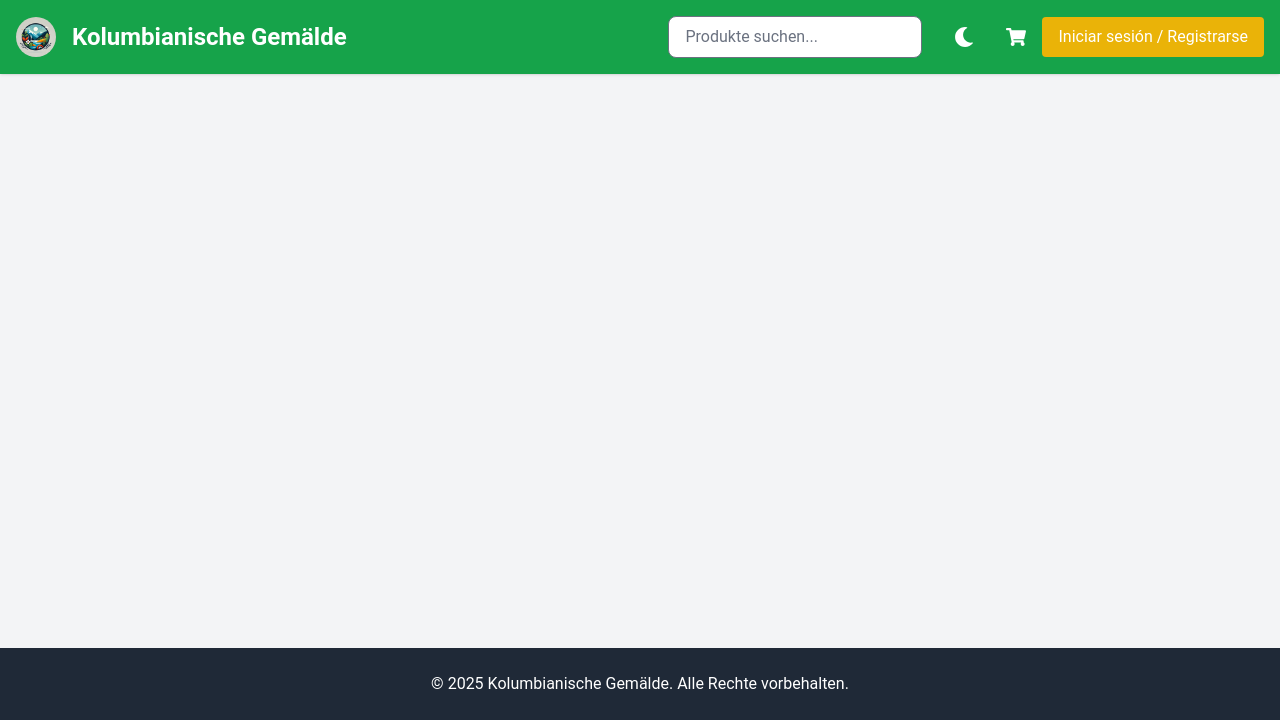
Repository: alixchaparrov/bilder-shop
Page: /
The author's editor kept a copy of each file at every save. The page is drawn from the files as they stood at one save, then again after the next save.
The browser window is 1280 px wide. The pictures show the whole page.
The page's requests for data from a server got no answer. The project was rebuilt for these pictures with package versions that can differ from the ones it lists, and the page was loaded fresh each time. The framework's server and built-in components were replaced by stand-ins that run in the browser. No one was signed in, and anything a server would have sent is missing. Also part of the build but not shown: next.config.ts, src/app/components/ProductCard.tsx, src/app/components/AuthModalContent.tsx.

Above is the page before, as saved 2025-01-04 13:29:51.

### src/app/layout.tsx
"use client";

import "./globals.css";
import { AuthProvider } from "../context/AuthContext";

export default function RootLayout({
  children,
}: {
  children: React.ReactNode;
}) {
  return (
    <html lang="de">
      <head>
        <title>Kolumbianische Gemälde</title>
        <meta
          name="description"
          content="Galerie von kolumbianischen Landschaftsgemälden. Entdecken Sie die Schönheit Kolumbiens durch unsere einzigartigen Kunstwerke."
        />
        <meta
          name="keywords"
          content="Kolumbianische Kunst, Landschaftsgemälde, Gemälde kaufen"
        />
        <link rel="icon" href="/favicon.ico" />
      </head>
      <body>
        <AuthProvider>
          {children}
        </AuthProvider>
      </body>
    </html>
  );
}

### src/app/page.tsx
"use client";

import { useState, useEffect } from "react";
import client from "@/lib/sanity";
import ProductCard from "@/app/components/ProductCard";
import Navbar from "@/app/components/Navbar"; // Si usas un Navbar unificado
import { useCartStore } from "@/store/cartStore";
import { FaMinus, FaPlus, FaTrash, FaShoppingCart, FaMoon, FaSun } from "react-icons/fa";

export default function Home() {
  const [searchQuery, setSearchQuery] = useState(""); // Estado para la búsqueda
  const [darkMode, setDarkMode] = useState(false); // Estado para modo oscuro
  const [products, setProducts] = useState([]); // Estado para los productos
  const { cart, addToCart, removeFromCart, clearCart, removeOneFromCart } = useCartStore();
  const [showCart, setShowCart] = useState(false); // Estado para mostrar el carrito
  const [currentPage, setCurrentPage] = useState(1); // Estado para la paginación
  const itemsPerPage = 6; // Número de productos por página

  // Fetch de productos al montar el componente
  useEffect(() => {
    const fetchProducts = async () => {
      try {
        const fetchedProducts = await client.fetch(`*[_type == "product"]`);
        setProducts(fetchedProducts);
      } catch (err) {
        console.error("Error al cargar productos:", err);
      }
    };

    fetchProducts(); // Llama a la función fetchProducts
  }, []); // Array vacío para que solo se ejecute al montar el componente

  // Lógica para filtrar los productos según la búsqueda
  const filteredProducts = products.filter((product) =>
    product.name.toLowerCase().includes(searchQuery.toLowerCase())
  );

  // Total de páginas
  const totalPages = Math.ceil(filteredProducts.length / itemsPerPage);

  // Productos mostrados en la página actual
  const displayedProducts = filteredProducts.slice(
    (currentPage - 1) * itemsPerPage,
    currentPage * itemsPerPage
  );

  return (
    <div
      className={`min-h-screen flex flex-col ${
        darkMode ? "bg-gray-900 text-white" : "bg-gray-100 text-black"
      }`}
    >
      {/* Navbar */}
      <Navbar
        searchQuery={searchQuery}
        setSearchQuery={setSearchQuery}
        toggleDarkMode={() => setDarkMode(!darkMode)}
        darkMode={darkMode}
      />

      {/* Contenido principal */}
      <main className="flex-grow pt-24 p-4 sm:p-8 max-w-7xl mx-auto">
        <h2 className="text-2xl sm:text-3xl lg:text-4xl font-semibold text-center mb-6">
          Unsere Gemälde
        </h2>
        <div className="grid grid-cols-1 sm:grid-cols-2 lg:grid-cols-3 gap-6">
          {products.map((product) => (
            <ProductCard key={product._id} product={product} />
          ))}
        </div>
      </main>

      {/* Footer */}
      <footer className="bg-gray-800 text-white p-6 text-center">
        <p>© {new Date().getFullYear()} Kolumbianische Gemälde. Alle Rechte vorbehalten.</p>
      </footer>
    </div>
  );
}

### src/app/globals.css
@tailwind base;
@tailwind components;
@tailwind utilities;

/* Color Variables */
:root {
  --background: #f5f5f5;
  --foreground: #333333;
  --primary: #00704A;
  --secondary: #FFB400;
  --accent: #D62828;
}

.dark {
  --background: #121212;
  --foreground: #e0e0e0;
  --primary: #34D399;
  --secondary: #FACC15;
  --accent: #EF4444;
}

/* General Styles */
body {
  background-color: var(--background);
  color: var(--foreground);
  font-family: 'Roboto', sans-serif;
}

/* Navbar */
.navbar {
  @apply fixed top-0 left-0 right-0 z-50 flex justify-between items-center p-4;
  background-color: var(--primary);
  color: white;
}

.navbar input {
  @apply px-4 py-2 rounded-md border;
  border-color: var(--secondary);
  color: var(--foreground);
}

/* Cards */
.card {
  @apply bg-white dark:bg-gray-800 text-black dark:text-white shadow-lg rounded-lg p-6 transition-all;
}

.card:hover {
  @apply transform scale-105 shadow-xl;
}

.card-title {
  @apply text-xl font-bold;
}

.card-description {
  @apply text-sm text-gray-600 dark:text-gray-400;
}

.card-price {
  @apply text-lg font-bold text-primary;
}

/* Buttons */
.btn-primary {
  @apply bg-primary text-white px-4 py-2 rounded-md shadow;
  transition: background-color 0.3s;
}

.btn-primary:hover {
  @apply bg-green-700;
}

.btn-secondary {
  @apply bg-secondary text-black px-4 py-2 rounded-md shadow;
}

.btn-secondary:hover {
  @apply bg-yellow-600;
}

.btn-gray {
  @apply bg-gray-300 text-black px-4 py-2 rounded-md;
}

.btn-gray:disabled {
  @apply bg-gray-200 text-gray-400 cursor-not-allowed;
}

/* Cart Button */
.cart-button {
  @apply relative;
}

.cart-counter {
  @apply absolute -top-2 -right-2 bg-red-500 text-white text-xs font-bold rounded-full w-5 h-5 flex items-center justify-center;
}

/* Modal */
.modal-content {
  @apply bg-white dark:bg-gray-900 p-6 rounded-lg shadow-lg;
}

/* Footer */
footer {
  @apply bg-gray-800 text-white text-center py-4;
}

/* Utilities */
.line-clamp-3 {
  display: -webkit-box;
  -webkit-line-clamp: 3;
  -webkit-box-orient: vertical;
  overflow: hidden;
}

### src/context/AuthContext.tsx
import { createContext, useContext, useState, useEffect } from "react";
import client from "@/lib/sanity";
import bcrypt from "bcryptjs";

interface User {
  email: string;
  role: string;
}

interface AuthContextType {
  user: User | null;
  login: (email: string, password: string) => Promise<void>;
  register: (email: string, password: string) => Promise<void>;
  logout: () => void;
}

const AuthContext = createContext<AuthContextType | null>(null);

export const AuthProvider = ({ children }) => {
  const [user, setUser] = useState(null);

  const login = async (email: string, password: string) => {
    const query = `*[_type == "user" && email == $email][0]`;
    const result = await client.fetch(query, { email });

    if (!result || !(await bcrypt.compare(password, result.password))) {
      throw new Error("Password ist falsch");
    }

    setUser({ email: result.email, role: result.role });
  };

  const register = async (email: string, password: string) => {
    const hashedPassword = await bcrypt.hash(password, 10);
    await client.create({
      _type: "user",
      email,
      password: hashedPassword,
      role: "user",
    });
  };

  const logout = () => setUser(null);

  return (
    <AuthContext.Provider value={{ user, login, register, logout }}>
      {children}
    </AuthContext.Provider>
  );
};

export const useAuth = () => {
  const context = useContext(AuthContext);
  if (!context) {
    throw new Error("useAuth must be used within an AuthProvider");
  }
  return context;
};

### src/lib/sanity.ts
import { createClient } from "@sanity/client";
import imageUrlBuilder from "@sanity/image-url";

const client = createClient({
  projectId: "mo3mvugi", // Reemplaza con tu Project ID
  dataset: "production",
  apiVersion: "2023-01-01",
  useCdn: true,
});


// Initialize URL builder
const builder = imageUrlBuilder(client);

// Helper function to build image URLs
export const urlFor = (source: any) => builder.image(source);

export default client;

### src/app/components/Navbar.tsx
"use client";

import { useAuth } from "../../context/AuthContext"; // Contexto de autenticación
import { useCartStore } from "@/store/cartStore"; // Contexto del carrito
import { useState, useEffect } from "react";
import AuthModalContent from "@/app/components/AuthModalContent";
import { FaShoppingCart, FaMoon, FaSun } from "react-icons/fa";

const Navbar = ({ searchQuery, setSearchQuery, toggleDarkMode, darkMode }) => {
  const { user, logout } = useAuth(); // Usuario autenticado
  const { cart } = useCartStore(); // Estado del carrito
  const [isModalOpen, setIsModalOpen] = useState(false); // Modal de autenticación
  const [isCartOpen, setIsCartOpen] = useState(false); // Modal del carrito
  const [isClient, setIsClient] = useState(false); // Renderizado en cliente

  // Renderizado en cliente
  useEffect(() => {
    setIsClient(true);
  }, []);

  if (!isClient) return null; // Evitar renderizado en el servidor

  return (
    <>
      <nav className="p-4 fixed top-0 w-full shadow bg-green-600 text-white z-10">
        <div className="max-w-7xl mx-auto flex justify-between items-center">
          {/* Logo y título */}
          <div className="flex items-center space-x-4">
            <img
              src="/images/logo.png"
              alt="Kolumbianische Gemälde Logo"
              className="h-10 w-10 rounded-full"
            />
            <h1 className="text-2xl font-bold">Kolumbianische Gemälde</h1>
          </div>

          {/* Opciones de búsqueda, modo oscuro y carrito */}
          <div className="flex items-center space-x-4">
            {/* Búsqueda */}
            <input
              type="text"
              placeholder="Produkte suchen..."
              className="px-4 py-2 rounded-lg text-black"
              value={searchQuery}
              onChange={(e) => setSearchQuery(e.target.value)}
            />

            {/* Modo oscuro */}
            <button
              className="px-4 py-2 rounded-lg"
              onClick={toggleDarkMode}
            >
              {darkMode ? <FaSun size={20} /> : <FaMoon size={20} />}
            </button>

            {/* Carrito */}
            <button
              className="cart-button flex items-center space-x-2 text-white"
              onClick={() => setIsCartOpen(true)}
            >
              <FaShoppingCart size={20} />
              {cart.length > 0 && (
                <span className="cart-counter">
                  {cart.reduce((total, item) => total + item.quantity, 0)}
                </span>
              )}
            </button>

            {/* Autenticación */}
            {user ? (
              <>
                <span>
                  Bienvenido, <strong>{user.email}</strong>
                </span>
                <button
                  onClick={logout}
                  className="bg-red-500 hover:bg-red-600 text-white px-4 py-2 rounded"
                >
                  Cerrar sesión
                </button>
              </>
            ) : (
              <button
                onClick={() => setIsModalOpen(true)}
                className="bg-yellow-500 hover:bg-yellow-600 text-white px-4 py-2 rounded"
              >
                Iniciar sesión / Registrarse
              </button>
            )}
          </div>
        </div>
      </nav>

      {/* Modal de autenticación */}
      {isModalOpen && (
        <div className="fixed inset-0 flex items-center justify-center bg-black bg-opacity-50 z-50">
          <div className="bg-white p-6 rounded-lg shadow-lg w-full max-w-md relative">
            <button
              onClick={() => setIsModalOpen(false)}
              className="absolute top-2 right-2 text-gray-600 hover:text-gray-900"
            >
              ✖
            </button>
            <AuthModalContent onClose={() => setIsModalOpen(false)} />
          </div>
        </div>
      )}

      {/* Modal del carrito */}
      {isCartOpen && (
        <div className="modal-overlay" onClick={() => setIsCartOpen(false)}>
          <div
            className="modal-content"
            onClick={(e) => e.stopPropagation()}
          >
            <h2 className="modal-header">Warenkorb</h2>
            {cart.length > 0 ? (
              <ul>
                {cart.map((item) => (
                  <li key={item._id} className="flex justify-between items-center">
                    <span>
                      {item.name} (x{item.quantity}) - {item.price * item.quantity} €
                    </span>
                  </li>
                ))}
              </ul>
            ) : (
              <p>Ihr Warenkorb ist leer</p>
            )}
            <button
              className="modal-close"
              onClick={() => setIsCartOpen(false)}
            >
              Schließen
            </button>
          </div>
        </div>
      )}
    </>
  );
};

export default Navbar;

### src/store/cartStore.ts
import { create } from "zustand";

interface CartItem {
  _id: string;
  name: string;
  price: number;
  quantity: number;
}

interface CartState {
  cart: CartItem[];
  addToCart: (product: CartItem) => void;
  removeFromCart: (productId: string) => void;
  updateQuantity: (productId: string, quantity: number) => void;
  clearCart: () => void;
  getTotalItems: () => number;
  getTotalPrice: () => number;
}

export const useCartStore = create<CartState>((set, get) => ({
  cart: [],

  addToCart: (product) => {
    set((state) => {
      const existingItem = state.cart.find((item) => item._id === product._id);
      if (existingItem) {
        return {
          cart: state.cart.map((item) =>
            item._id === product._id
              ? { ...item, quantity: item.quantity + 1 }
              : item
          ),
        };
      }
      return { cart: [...state.cart, { ...product, quantity: 1 }] };
    });
  },

  removeFromCart: (productId) => {
    set((state) => ({
      cart: state.cart.filter((item) => item._id !== productId),
    }));
  },

  updateQuantity: (productId, quantity) => {
    set((state) => ({
      cart: state.cart.map((item) =>
        item._id === productId ? { ...item, quantity } : item
      ),
    }));
  },

  clearCart: () => {
    set({ cart: [] });
  },

  getTotalItems: () => {
    return get().cart.reduce((total, item) => total + item.quantity, 0);
  },

  getTotalPrice: () => {
    return get().cart.reduce((total, item) => total + item.price * item.quantity, 0);
  },
}));

### tailwind.config.ts
import type { Config } from "tailwindcss";

const config: Config = {
  content: [
    "./src/**/*.{js,ts,jsx,tsx}",
    "./src/pages/**/*.{js,ts,jsx,tsx}",
    "./src/components/**/*.{js,ts,jsx,tsx}",
    "./src/app/**/*.{js,ts,jsx,tsx}",
  ],
  theme: {
    extend: {
      colors: {
        primary: "#00704A",
        secondary: "#FFB400",
        accent: "#D62828",
        background: "#F3F4F6",
        card: "#FFFFFF",
        textDark: "#1B1B1B",
        textLight: "#FAFAFA",
      },
      fontFamily: {
        sans: ["Poppins", "sans-serif"],
        serif: ["Merriweather", "serif"],
      },
      boxShadow: {
        card: "0 4px 6px rgba(0, 0, 0, 0.1)",
      },
    },
  },
  darkMode: "class",
  plugins: [require("@tailwindcss/forms")],
};

export default config;

After the next save:
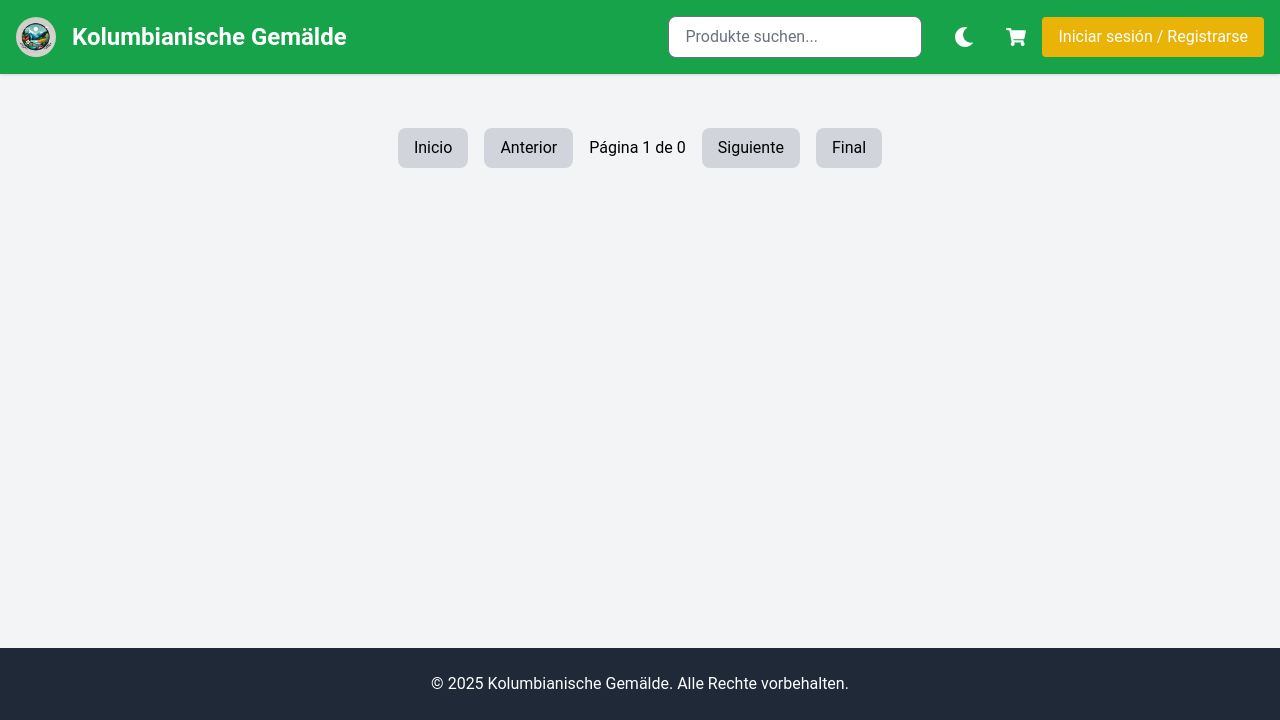
Saved 99 s later.
--- a/src/app/page.tsx
+++ b/src/app/page.tsx
@@ -64,9 +64,46 @@ export default function Home() {
           Unsere Gemälde
         </h2>
         <div className="grid grid-cols-1 sm:grid-cols-2 lg:grid-cols-3 gap-6">
-          {products.map((product) => (
+          {displayedProducts.map((product) => (
             <ProductCard key={product._id} product={product} />
           ))}
+        </div>
+
+        {/* Paginación */}
+        <div className="flex justify-center items-center mt-8 space-x-4">
+          <button
+            className="bg-gray-300 px-4 py-2 rounded-lg"
+            disabled={currentPage === 1}
+            onClick={() => setCurrentPage(1)}
+          >
+            Inicio
+          </button>
+          <button
+            className="bg-gray-300 px-4 py-2 rounded-lg"
+            disabled={currentPage === 1}
+            onClick={() => setCurrentPage((prev) => Math.max(prev - 1, 1))}
+          >
+            Anterior
+          </button>
+          <span>
+            Página {currentPage} de {totalPages}
+          </span>
+          <button
+            className="bg-gray-300 px-4 py-2 rounded-lg"
+            disabled={currentPage === totalPages}
+            onClick={() =>
+              setCurrentPage((prev) => Math.min(prev + 1, totalPages))
+            }
+          >
+            Siguiente
+          </button>
+          <button
+            className="bg-gray-300 px-4 py-2 rounded-lg"
+            disabled={currentPage === totalPages}
+            onClick={() => setCurrentPage(totalPages)}
+          >
+            Final
+          </button>
         </div>
       </main>
 
